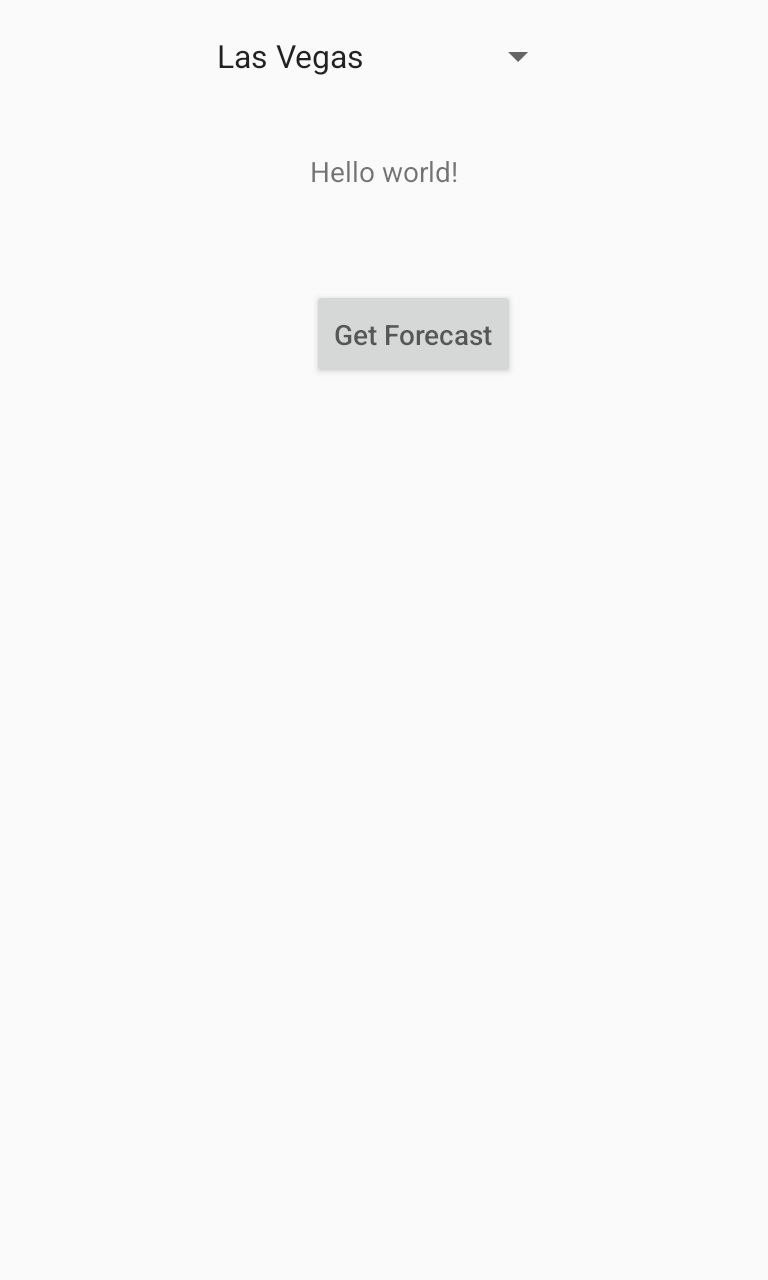
Repository: g80349/Java1
Layout: Week2/Weather/res/layout/activity_main.xml
These files come from the project's save history. The layout is drawn as it stood at one moment and after the next save; the edit follows.
It is drawn on a 768 x 1280 px phone screen (xhdpi) without system bars, with theme AppTheme; the app's code is not run.

Above is the layout before, as saved 2014-04-09 02:04:36.

### Week2/Weather/res/layout/activity_main.xml
<RelativeLayout xmlns:android="http://schemas.android.com/apk/res/android"
    xmlns:tools="http://schemas.android.com/tools"
    android:layout_width="match_parent"
    android:layout_height="match_parent"
    android:paddingBottom="@dimen/activity_vertical_margin"
    android:paddingLeft="@dimen/activity_horizontal_margin"
    android:paddingRight="@dimen/activity_horizontal_margin"
    android:paddingTop="@dimen/activity_vertical_margin"
    tools:context="com.example.weather.MainActivity$PlaceholderFragment" >

    <Spinner
        android:id="@+id/location_array"
        android:layout_width="wrap_content"
        android:layout_height="wrap_content"
        android:layout_alignParentTop="true"
        android:layout_centerHorizontal="true"
        android:entries = "@array/location_array" />

    <TextView
        android:id="@+id/textView2"
        android:layout_width="wrap_content"
        android:layout_height="wrap_content"
        android:layout_below="@+id/location_array"
        android:layout_centerHorizontal="true"
        android:layout_marginTop="36dp"
        android:text="@string/hello_world" />

    <Button
        android:id="@+id/enter"
        android:layout_width="wrap_content"
        android:layout_height="wrap_content"
        android:layout_alignLeft="@+id/textView2"
        android:layout_below="@+id/textView2"
        android:layout_marginTop="48dp"
        android:hint="@string/enter_button" />

</RelativeLayout>

### Week2/Weather/res/values/strings.xml
<?xml version="1.0" encoding="utf-8"?>
<resources>

    <string name="app_name">Weather</string>
    <string name="hello_world">Hello world!</string>
    <string name="action_settings">Settings</string>
    <string-array name = "location_array">
        <item>Las Vegas</item>
        <item>Henderson</item>
        <item>North Las Vegas</item>
        <item>Stateline</item>
    </string-array>
    <string name="enter_button">Get Forecast</string>

</resources>

Loaded but not shown: Week2/Weather/res/values/styles.xml (common file); Week2/Weather/res/values-v11/styles.xml (common file); Week2/Weather/res/values-v14/styles.xml (common file); Week2/Weather/res/values/dimens.xml (common file); Week2/Weather/res/values-w820dp/dimens.xml (common file)

After the next save:
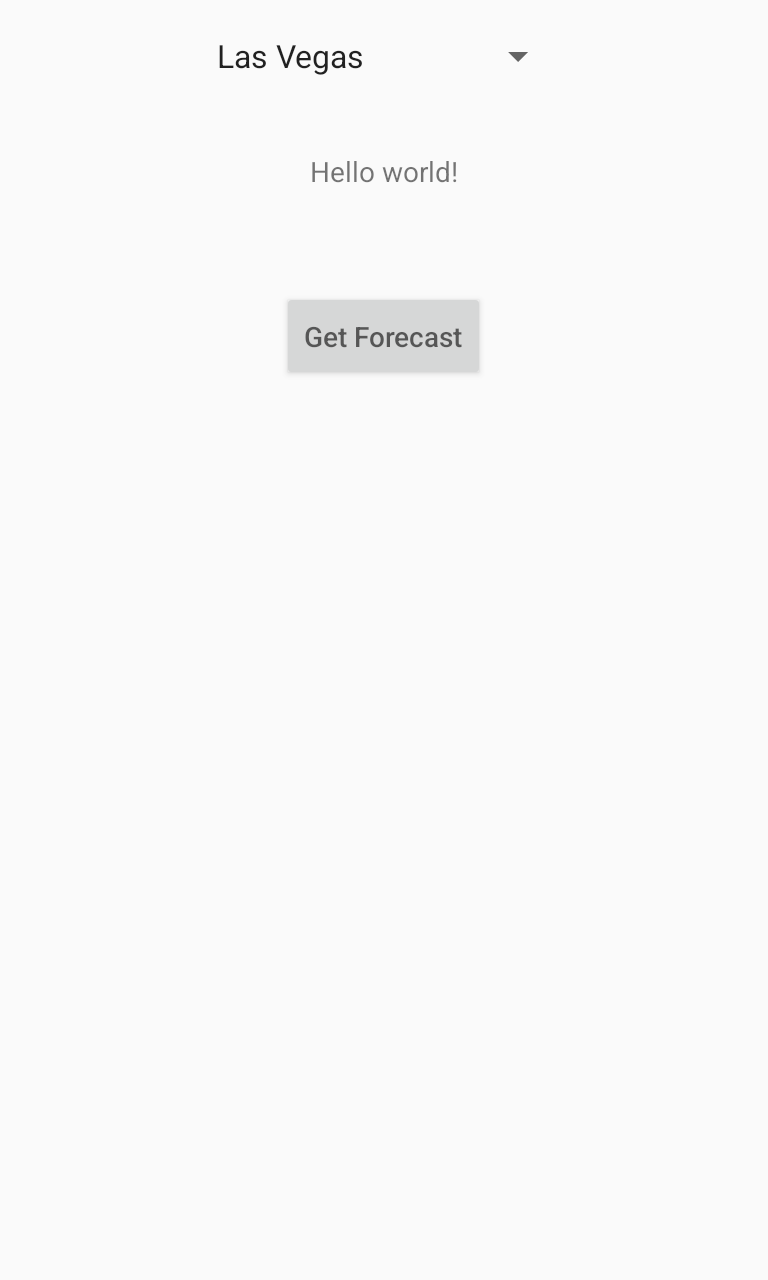
Saved 6 min 42 s later.
--- a/Week2/Weather/res/layout/activity_main.xml
+++ b/Week2/Weather/res/layout/activity_main.xml
@@ -14,6 +14,7 @@
         android:layout_height="wrap_content"
         android:layout_alignParentTop="true"
         android:layout_centerHorizontal="true"
+        android:textSize = "30dp"
         android:entries = "@array/location_array" />
 
     <TextView
@@ -29,9 +30,9 @@
         android:id="@+id/enter"
         android:layout_width="wrap_content"
         android:layout_height="wrap_content"
-        android:layout_alignLeft="@+id/textView2"
         android:layout_below="@+id/textView2"
-        android:layout_marginTop="48dp"
+        android:layout_centerHorizontal="true"
+        android:layout_marginTop="49dp"
         android:hint="@string/enter_button" />
 
 </RelativeLayout>
